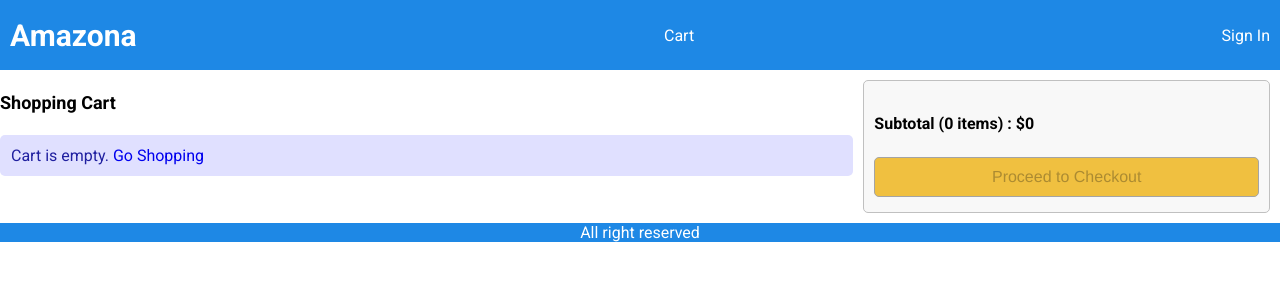
Repository: rexhep/e-commerce
Page: /cart (app in frontend/)
These files come from the project's save history. The page is drawn as it stood at one moment and after the next save; the edit follows.
The browser window is 1280 px wide. The pictures show the whole page.
The project was rebuilt for these pictures with package versions that can differ from the ones it lists, and the page was loaded fresh each time. Also part of the build but not shown: frontend/src/actions/userActions.js, frontend/src/components/clientHeader/ClientHeader.jsx, frontend/src/components/Rating.js, frontend/src/components/Product.js, frontend/src/components/LoadingBox.js, frontend/src/actions/productActions.js, frontend/src/components/clientHeader/HeaderSlider.jsx, frontend/src/pages/HomePage.js and 21 more.

Above is the page before, as saved 2021-10-12 23:47:19.

After the next save:
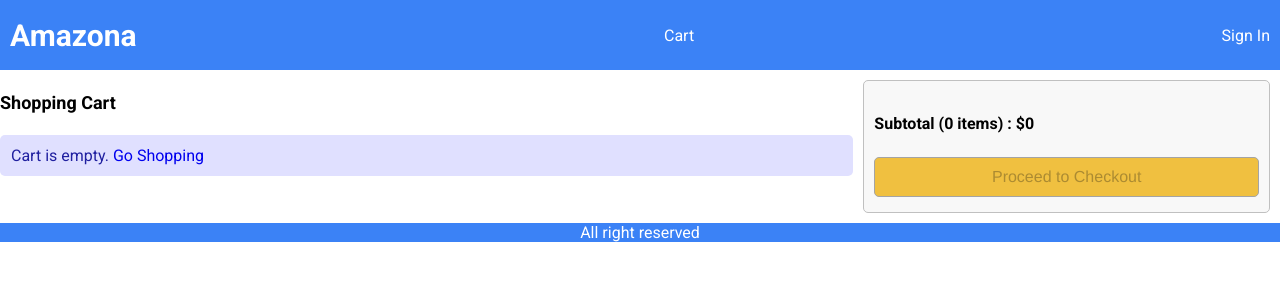
Saved 55 s later.
--- a/frontend/src/index.css
+++ b/frontend/src/index.css
@@ -32,7 +32,7 @@ body {
 
 header {
   grid-area: header;
-  background-color: #1e88e5;
+  background-color: #3B82F6;
   height: 50px;
 }
 
@@ -43,7 +43,7 @@ main {
 
 footer {
   grid-area: footer;
-  background-color: #1e88e5;
+  background-color: #3B82F6;
   color: #fff
 }
 /* Common */
